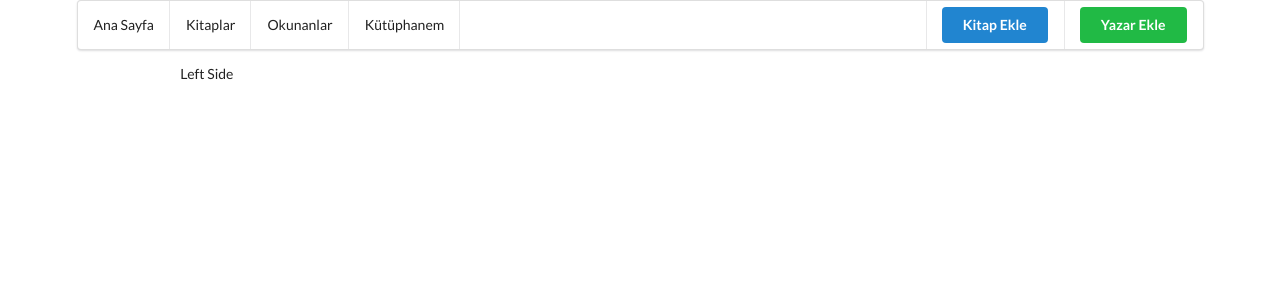
Repository: rizacantire/libraryReactApp
Page: /
The author's editor kept a copy of each file at every save. The page is drawn from the files as they stood at one save, then again after the next save.
The browser window is 1280 px wide. The pictures show the whole page.
The page's requests for data from a server got no answer. The project was rebuilt for these pictures with package versions that can differ from the ones it lists, and the page was loaded fresh each time. No one was signed in, and anything a server would have sent is missing.

Above is the page before, as saved 2021-08-17 22:06:40.

### src/index.js
import React from 'react';
import ReactDOM from 'react-dom';
import './index.css';
import App from './App';
import reportWebVitals from './reportWebVitals';
import { BrowserRouter } from 'react-router-dom';

ReactDOM.render(

    <BrowserRouter>
    <App /></BrowserRouter>
    ,

  document.getElementById('root')
);

// If you want to start measuring performance in your app, pass a function
// to log results (for example: reportWebVitals(console.log))
// or send to an analytics endpoint. Learn more: https://bit.ly/CRA-vitals
reportWebVitals();

### src/App.js
import './App.css';
import Navi from './layouts/Navi';
import Dashboard from './layouts/Dashboard';
import LeftSide from './layouts/LeftSide'
import 'semantic-ui-css/semantic.min.css'
import { Container, Grid } from 'semantic-ui-react';


function App() {
  return (
    <div className="App">
      <Container>
        <Navi/>
          <Grid>
            <Grid.Row>
              <Grid.Column mobile={16} tablet={6} computer={4}>
                <LeftSide/>
              </Grid.Column>
              <Grid.Column mobile={16} tablet={14} computer={12}>
                <Dashboard/>
              </Grid.Column>
            </Grid.Row>
          </Grid>
      </Container>
    </div>
  );
}

export default App;

### src/layouts/Navi.jsx
import { Button, Menu } from "semantic-ui-react";
import React from "react";

export default function Navi() {
  return (
    <Menu>
      <Menu.Item name="home">Ana Sayfa</Menu.Item>
      <Menu.Item name="kitaplar" />
      <Menu.Item name="okunanlar" />
      <Menu.Item name="kutuphanem">Kütüphanem</Menu.Item>

      <Menu.Menu position="right">
        <Menu.Item>
          <Button primary>Kitap Ekle</Button>
        </Menu.Item>
        <Menu.Item>
          <Button color="green">Yazar Ekle</Button>
        </Menu.Item>
      </Menu.Menu>
    </Menu>
  );
}

### src/layouts/Dashboard.jsx
import React from 'react'
import { Grid, GridColumn } from 'semantic-ui-react'


export default function Dashboard() {
    return (
        <div>
             <Grid>
                 <Grid.Row>
                     <GridColumn width={4}/>
                     <GridColumn width={4}/>
                     <GridColumn width={4}/>
                     <GridColumn width={4}/>
                 </Grid.Row>
             </Grid>
        </div>
    )
}

### src/layouts/LeftSide.jsx
import React from 'react'

export default function LeftSide() {
    return (
        <div>
            Left Side
        </div>
    )
}

### src/pages/CategoryList.jsx
import React, { useEffect, useState } from 'react'
import { Menu } from 'semantic-ui-react';
import CategoryService from '../services/categoryService'

export default function CategoryList() {
    const [categories, setCategories] = useState([])
    useEffect(() => {
        let categoryService = new CategoryService();
        categoryService.getCategories().then(resut=>setCategories(resut.data.data));
    }, []);
    return (
        <div>

            <Menu vertical>
      {categories.map((category) => (
            <Menu.Item key={category.categoryId}>
              <Link to={`/bookCategory/${category.categoryId}`}>{category.categoryName}</Link>
            </Menu.Item>
          ))}
      </Menu>
        </div>
    )
}

### src/services/categoryService.js
import axios from "axios";

export default class CategoryService{
    getCategories(){
        return axios.get("http://localhost:8080/api/categories/getall")
    }
}

Loaded but not shown: public/index.html (common file); src/index.css (common file); src/reportWebVitals.js (common file); src/App.css (common file)

After the next save:
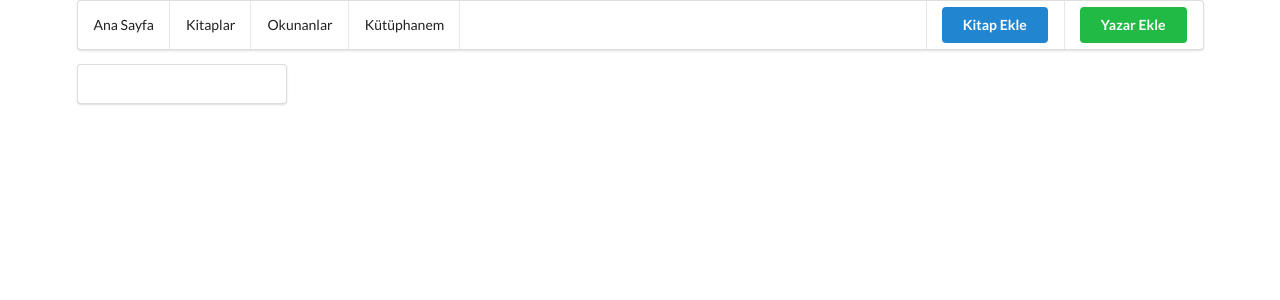
Saved 19 s later.
--- a/src/layouts/LeftSide.jsx
+++ b/src/layouts/LeftSide.jsx
@@ -1,9 +1,10 @@
 import React from 'react'
+import CategoryList from '../pages/CategoryList'
 
 export default function LeftSide() {
     return (
         <div>
-            Left Side
+            <CategoryList/>
         </div>
     )
 }
